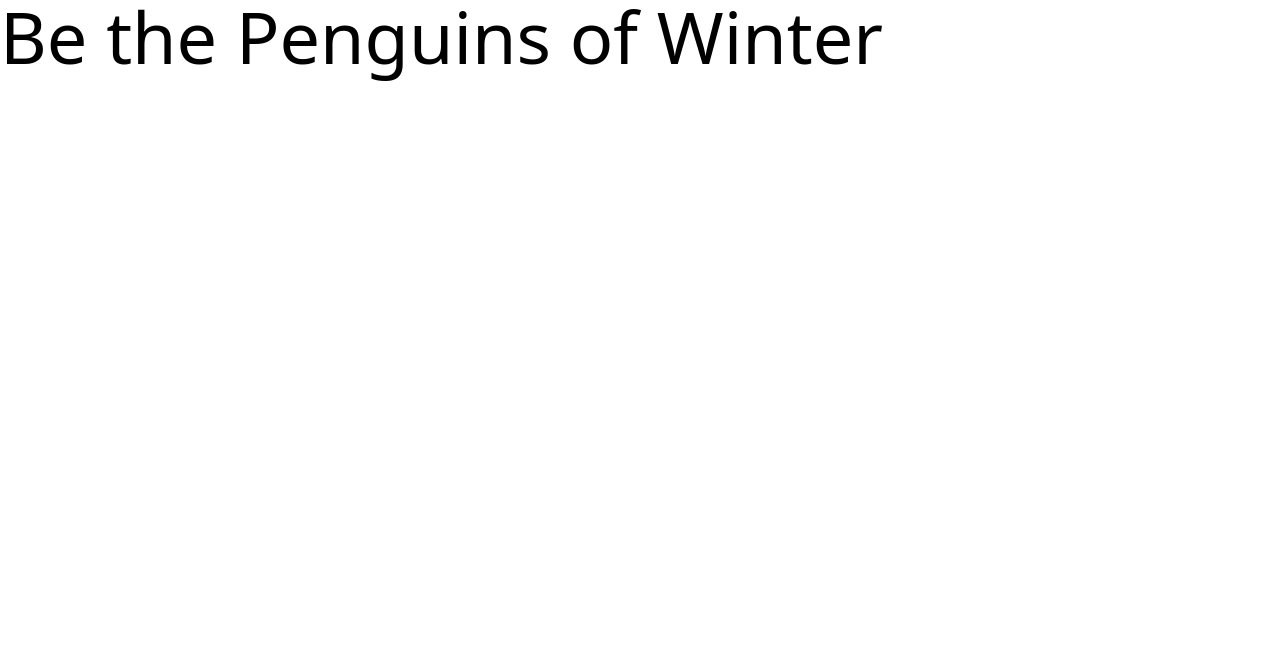
Repository: SyeadaSakina/Penguins-fashion
Page: index.html
The author's editor kept a copy of each file at every save. The page is drawn from the files as they stood at one save, then again after the next save.
The browser window is 1280 px wide. The pictures show the whole page.
Some web libraries are served in a nearby version.

Above is the page before, as saved 2023-07-21 22:11:04.

### index.html
<!DOCTYPE html>
<html lang="en">

<head>
    <meta charset="UTF-8">
    <meta name="viewport" content="width=device-width, initial-scale=1.0">
    <title>Penguin Fashion</title>
    <script src="https://cdn.tailwindcss.com"></script>
</head>

<body>
    <header>
        <div>
            <div>
                <h1 class="text-7xl">Be the Penguins of Winter </h1>
            </div>
        </div>
    </header>
    <main>

    </main>
    <footer>

    </footer>
</body>

</html>

After the next save:
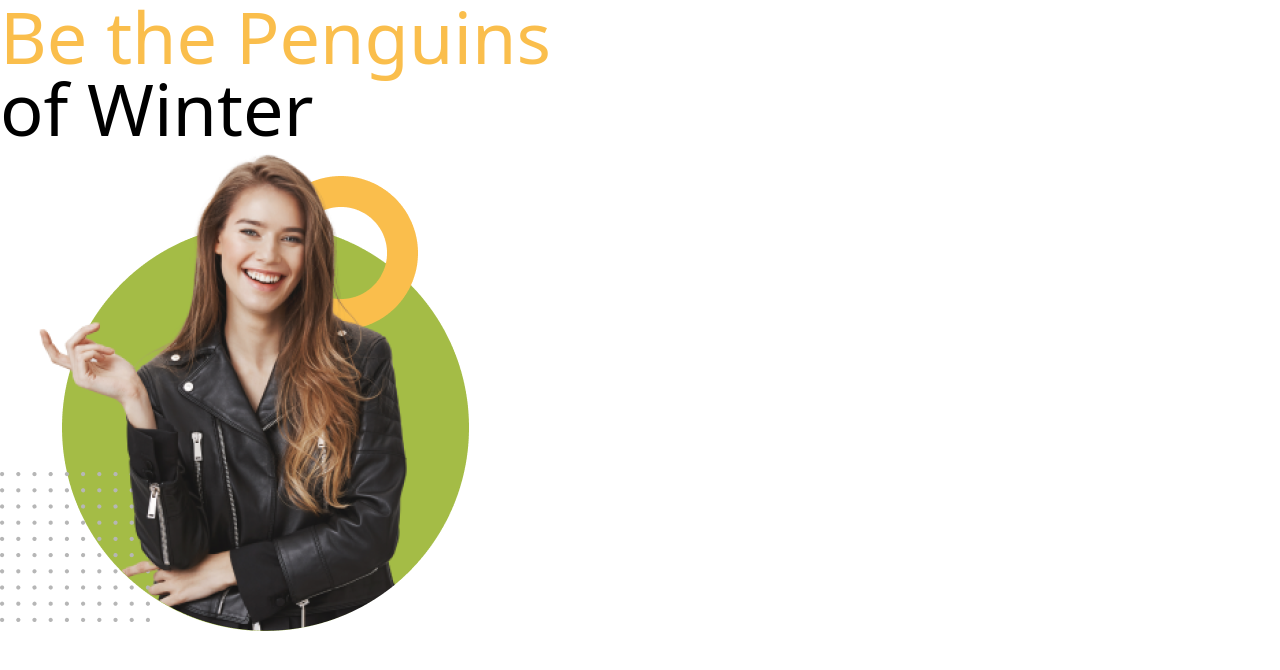
Saved 7 min 6 s later.
--- a/index.html
+++ b/index.html
@@ -12,8 +12,13 @@
     <header>
         <div>
             <div>
-                <h1 class="text-7xl">Be the Penguins of Winter </h1>
+                <h1 class="text-7xl"> <span class="text-[#FABE4C]">Be the Penguins</span>
+                    <br> of Winter
+                </h1>
             </div>
+        </div>
+        <div>
+            <img src="images/model.png" alt="Image of a model">
         </div>
     </header>
     <main>
